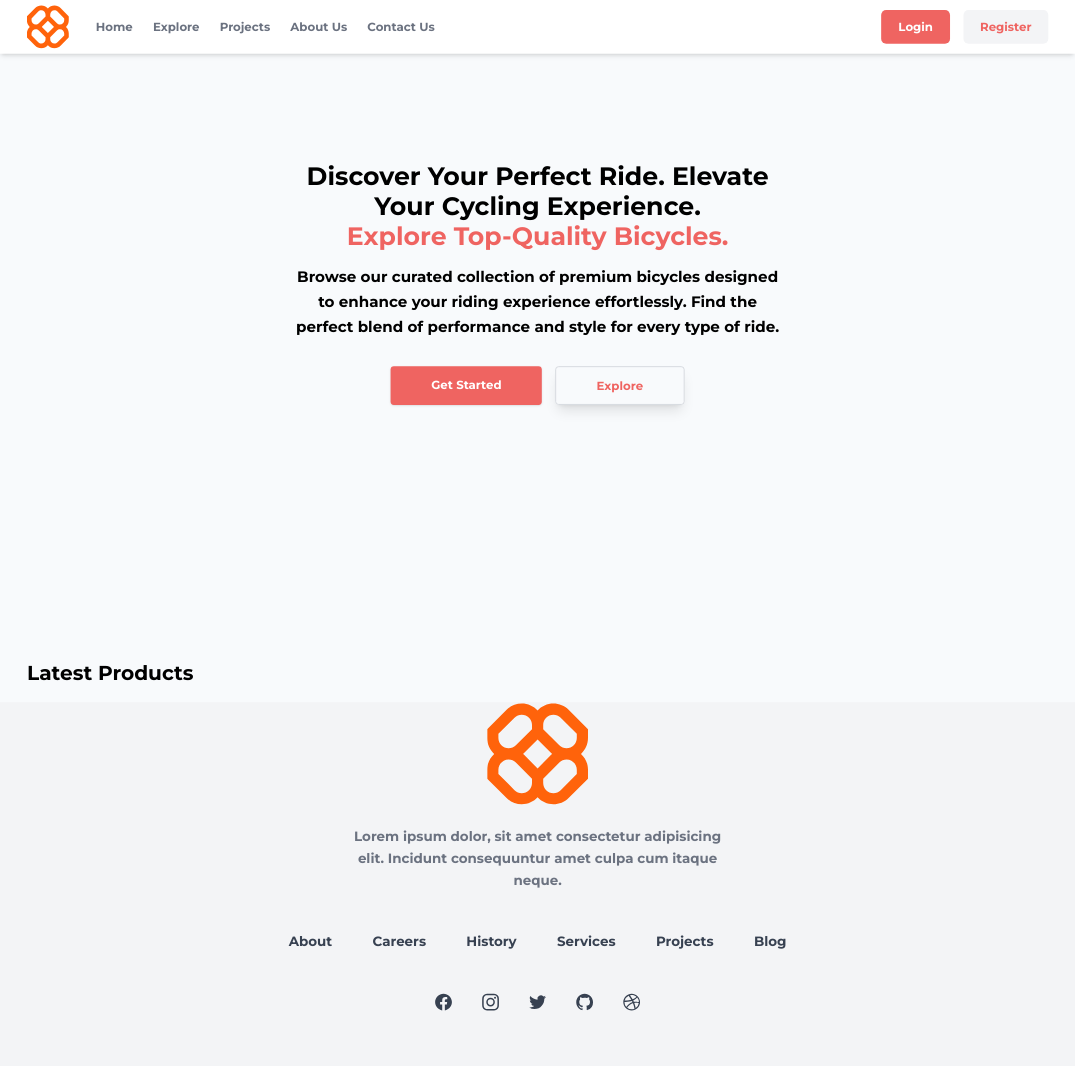
Repository: YahiaSala7/E-commerce-Project
Page: / (app in ecommerce/)
An editor plug-in stored every save of this project. The page is shown before and after the next save, followed by the edit.
The browser window is 1280 px wide. The pictures show the whole page, at 84% of full size.
The page's requests for data from a server got no answer. The project was rebuilt for these pictures with package versions that can differ from the ones it lists, and the page was loaded fresh each time. Some packages were replaced by stand-ins written for this rebuild. The framework's server and built-in components were replaced by stand-ins that run in the browser. No one was signed in, and anything a server would have sent is missing. Also part of the build but not shown: ecommerce/next.config.mjs, ecommerce/app/_Components/Cart.jsx, ecommerce/app/_Components/ProductItem.jsx.

Above is the page before, as saved 2024-07-30 20:59:17.

After the next save:
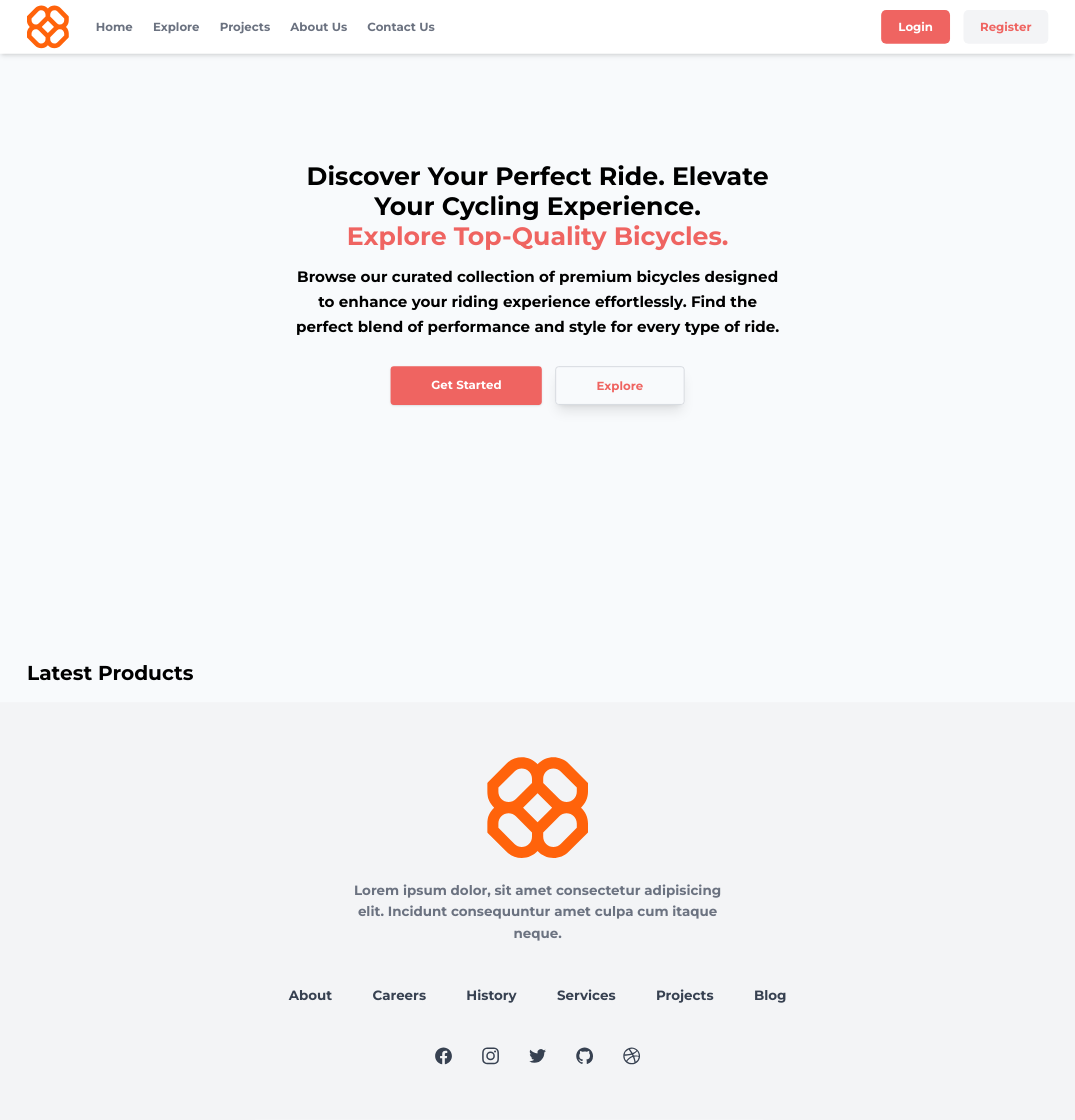
Saved 7 s later.
--- a/ecommerce/app/_Components/Footer.jsx
+++ b/ecommerce/app/_Components/Footer.jsx
@@ -7,7 +7,7 @@ function Footer() {
   const { user } = useUser();
   return (
     <footer className="bg-gray-100 ">
-      <div className="max-w-5xl px-4 py-16 pt-0 mx-auto sm:px-6 lg:px-8">
+      <div className="max-w-5xl px-4 py-16 mx-auto sm:px-6 lg:px-8">
         <div className="flex justify-center text-teal-600">
           <Image src="/logo.svg" alt="logo" width={120} height={70} />
         </div>
